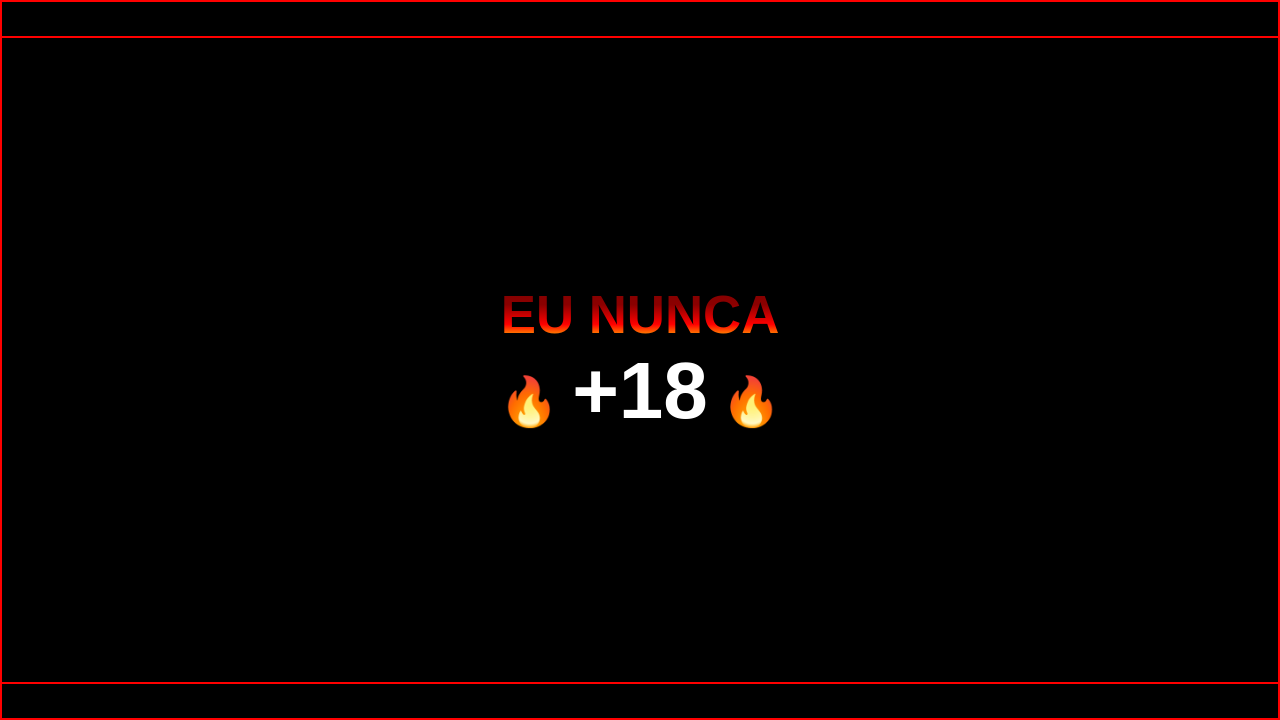
Repository: odiloalmeida/inever
Page: index.html
An editor plug-in stored every save of this project. The page is shown before and after the next save, followed by the edit.
The browser window is 1280 px wide. The pictures show the whole page.

Above is the page before, as saved 2023-01-31 22:25:33.

After the next save:
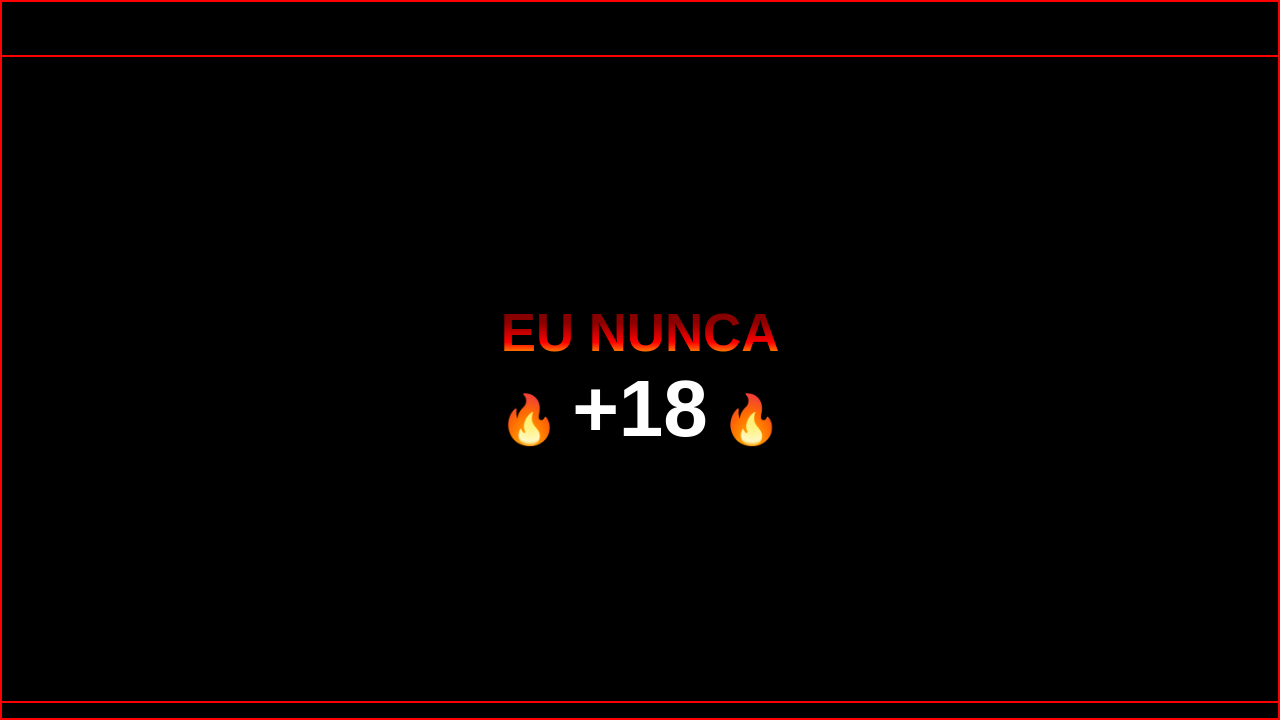
Saved 27 s later.
--- a/index.html
+++ b/index.html
@@ -11,6 +11,9 @@
 </head>
 
 <body>
+    <div>
+        <h1>EU NUNCA</h1>
+    </div>
     <button id="myButton" onclick="changeButtonName()">
         <span>EU NUNCA</span>
         <br>
